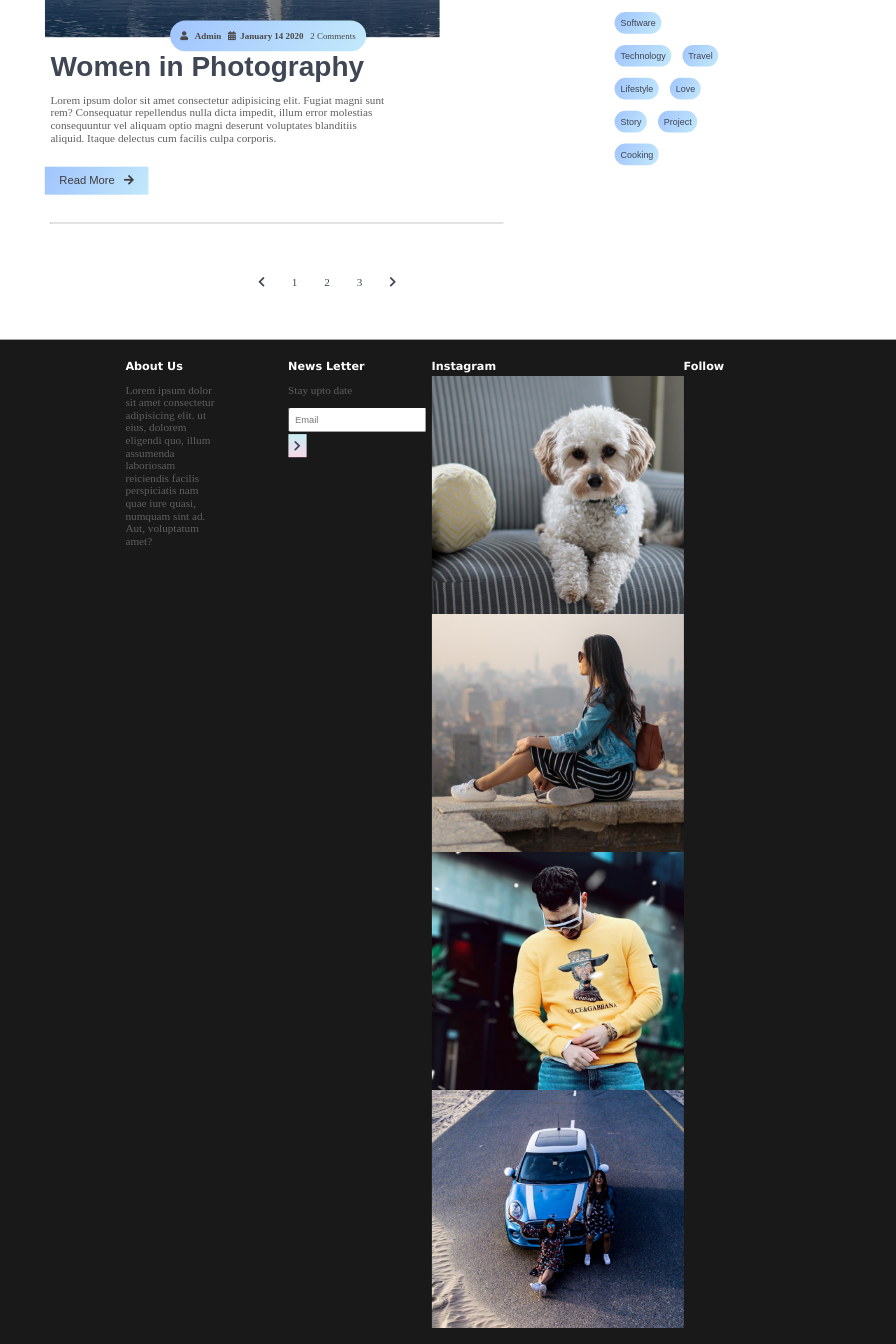
Repository: premjawaharp/Blogsite
Page: index.html
The author's editor kept a copy of each file at every save. The page is drawn from the files as they stood at one save, then again after a run of saves.
The browser window is 1280 px wide. The pictures show the part of the page from y = 3323 to 5243 px (the page is 5243 px tall before and 4841 px after), at 70% of full size.

Above is the page before, as saved 2020-09-18 16:47:36.

After the next 4 saves:
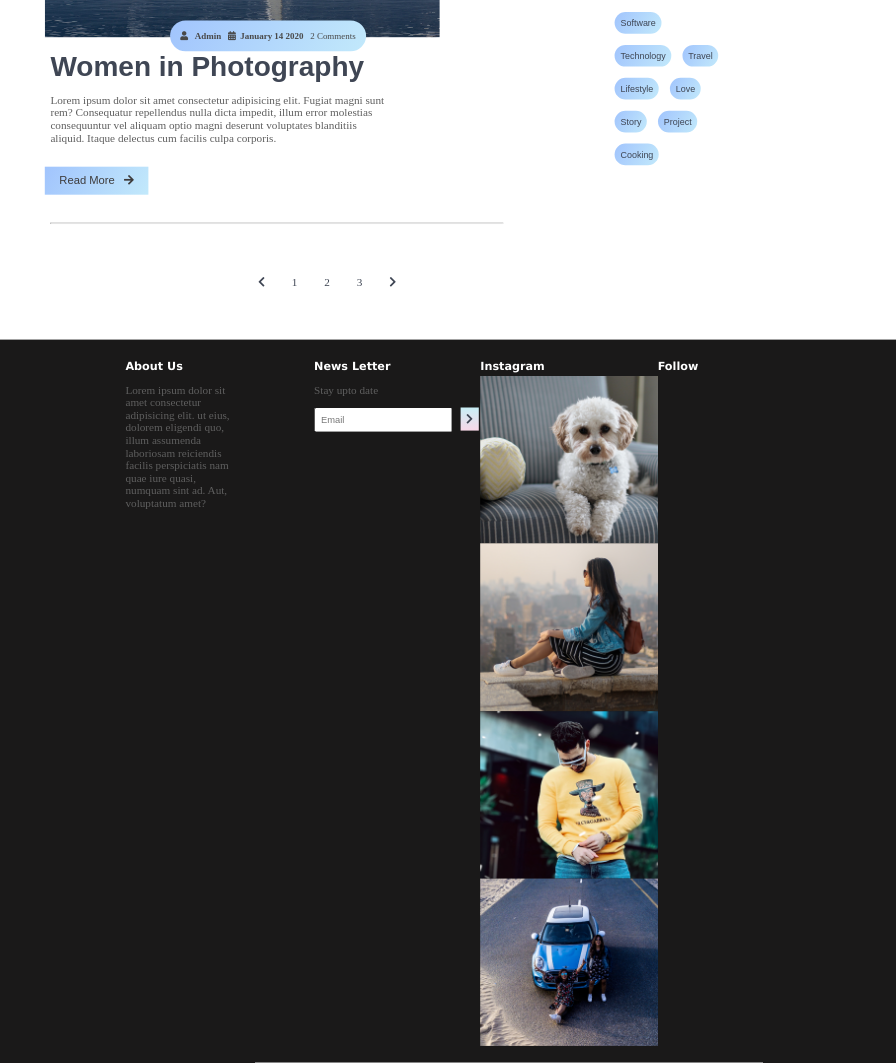
The 4 saves are shown as one change because they came seconds apart.
The last was saved 7 s later.
--- a/css/style.css
+++ b/css/style.css
@@ -498,9 +498,11 @@ main .news-letter .news-form .new-form-btn {
     display: flex;
     flex-direction: row;
 }
-.instagram .insta-images{
+.instagram .insta-images img{
     display: flex;
     flex-direction: row;
+    max-width: 100%;
+    height: auto;
 }
 /* --x-- footer --x-- */
 
